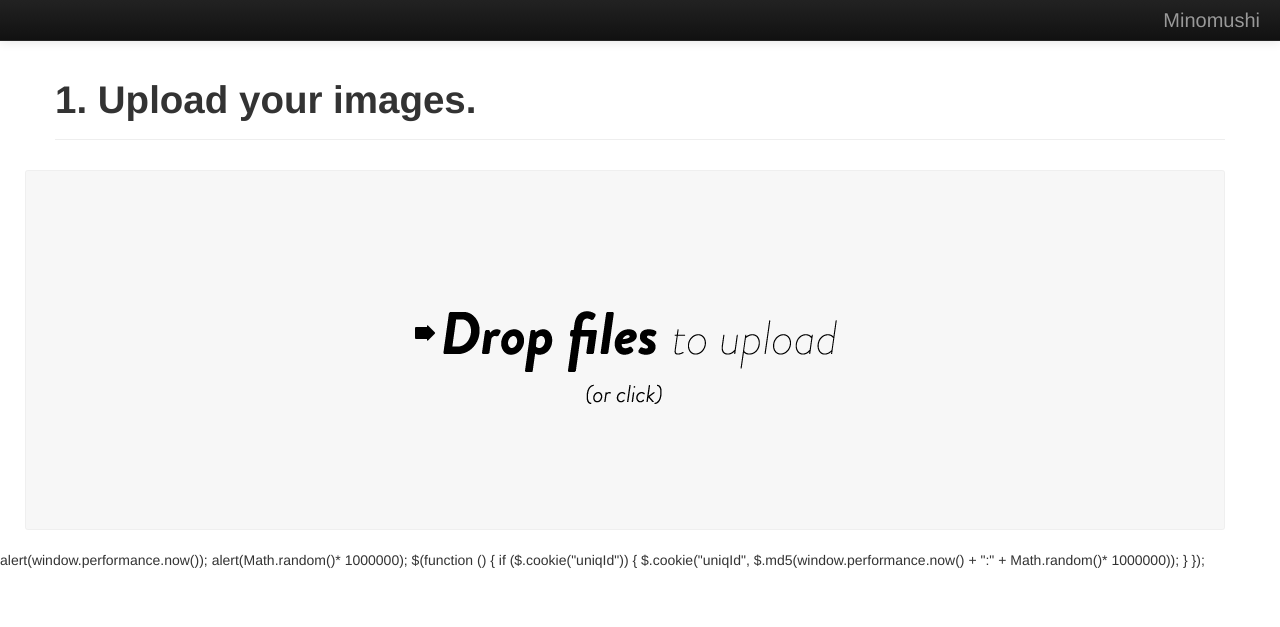
Repository: techiela/minomushi
Page: client/index.html
The author's editor kept a record of every edit. The page is drawn from the files as they stood at one moment, then again after the next edit.
The browser window is 1280 px wide. The pictures show the whole page.

Above is the page before.

### client/index.html
<!doctype html>
<html lang="en" ng-app>

<head>
  <title>Minomushi : pretty image resizing for smartphone</title>
  <meta name="viewport" content="width=device-width, initial-scale=1.0">
  <link rel="stylesheet" href="/css/bootstrap.min.css">
  <link rel="stylesheet" href="/css/bootstrap-responsive.min.css">
  <link rel="stylesheet" href="/css/dropzone.css">
  <style>
    body {
      padding-top: 60px;
    }
  </style>
  <script>
    function MinomushiController($scope, $http) {

      $scope.isDownloadLinkShow = false;
      $scope.send = function send() {};

      Dropzone.options.myAwesomeDropzone = {
        maxFilesize: 1, //MB
        thumbnailWidth: 100, //px
        thumbnailHeight: 100, //px
        dictCancelUpload: 'cancel',
        init: function() {
          this.on("maxfilesexceeded", function(file) {
            alert("No more files please!");
          });

          this.on("complete", function(_file) {
            if (this.getUploadingFiles().length === 0 &&
              this.getQueuedFiles().length === 0) {
              // コールバックの中から$scopeにアクセスする
              $scope.$apply(function() {
                $scope.isDownloadLinkShow = true;
              });

              // ダウンロードリンクまでスクロールする
              $("html, body").animate({
                scrollTop: $("#downloadFromHere").offset().top
              }, 1000);
            }
          });
        }
      }

      $scope.download = function() {
        $http.post("download", {}).success(function() {
          console.log("download ok")
        });
      }
    }
  </script>
</head>

<body>
  <div class="container" ng-controller="MinomushiController">
    <div class="navbar navbar-fixed-top navbar-inverse">
      <div class="navbar-inner">
        <div class="pull-right">
          <a href="/" class="brand">Minomushi</a>
        </div>
      </div>
    </div>
    <div class="page-header">
      <h1>1. Upload your images.</h1>
    </div>
    <div class="row">
      <form action="/upload" class="dropzone" id="my-awesome-dropzone"></form>
    </div>

    <div id="downloadFromHere" ng-show="isDownloadLinkShow">
      <div class="page-header">
        <h1>2. download from here.</h1>
      </div>
      <div class="row">
        <div class="hero-button text-center">
          <a href="/download" class="btn btn-large btn-success">
            <i class="icon-arrow-down icon-white"></i>
            download for iPhone
          </a>
          &nbsp;&nbsp;
          <a href="/download" class="btn btn-large btn-success">
            <i class="icon-arrow-down icon-white"></i>
            download for Android
          </a>
        </div>
      </div>

    </div>

  </div>
  <script src="/js/jquery.min.js"></script>
  <script src="/js/jquery.cookie.js"></script>
  <script src="/js/jquery.md5.js"></script>
  <script src="/js/bootstrap.min.js"></script>
  <script src="/js/angular.min.js"></script>
  <script src="/js/dropzone.js"></script>
  <scropt>

  alert(window.performance.now());
alert(Math.random()* 1000000);
    $(function () {
      if ($.cookie("uniqId")) {
        $.cookie("uniqId", $.md5(window.performance.now() + ":" + Math.random()* 1000000));
      }
    });
  </scropt>
</body>

</html>

### client/css/dropzone.css
/* The MIT License */
.dropzone,
.dropzone *,
.dropzone-previews,
.dropzone-previews * {
  -webkit-box-sizing: border-box;
  -moz-box-sizing: border-box;
  box-sizing: border-box;
}
.dropzone {
  position: relative;
  border: 1px solid rgba(0,0,0,0.08);
  background: rgba(0,0,0,0.02);
  padding: 1em;
}
.dropzone.dz-clickable {
  cursor: pointer;
}
.dropzone.dz-clickable .dz-message,
.dropzone.dz-clickable .dz-message span {
  cursor: pointer;
}
.dropzone.dz-clickable * {
  cursor: default;
}
.dropzone .dz-message {
  opacity: 1;
  -ms-filter: none;
  filter: none;
}
.dropzone.dz-drag-hover {
  border-color: rgba(0,0,0,0.15);
  background: rgba(0,0,0,0.04);
}
.dropzone.dz-started .dz-message {
  display: none;
}
.dropzone .dz-preview,
.dropzone-previews .dz-preview {
  background: rgba(255,255,255,0.8);
  position: relative;
  display: inline-block;
  margin: 17px;
  vertical-align: top;
  border: 1px solid #acacac;
  padding: 6px 6px 6px 6px;
}
.dropzone .dz-preview.dz-file-preview [data-dz-thumbnail],
.dropzone-previews .dz-preview.dz-file-preview [data-dz-thumbnail] {
  display: none;
}
.dropzone .dz-preview .dz-details,
.dropzone-previews .dz-preview .dz-details {
  width: 100px;
  height: 100px;
  position: relative;
  background: #ebebeb;
  padding: 5px;
  margin-bottom: 22px;
}
.dropzone .dz-preview .dz-details .dz-filename,
.dropzone-previews .dz-preview .dz-details .dz-filename {
  overflow: hidden;
  height: 100%;
}
.dropzone .dz-preview .dz-details img,
.dropzone-previews .dz-preview .dz-details img {
  position: absolute;
  top: 0;
  left: 0;
  width: 100px;
  height: 100px;
}
.dropzone .dz-preview .dz-details .dz-size,
.dropzone-previews .dz-preview .dz-details .dz-size {
  position: absolute;
  bottom: -28px;
  left: 3px;
  height: 28px;
  line-height: 28px;
}
.dropzone .dz-preview.dz-error .dz-error-mark,
.dropzone-previews .dz-preview.dz-error .dz-error-mark {
  display: block;
}
.dropzone .dz-preview.dz-success .dz-success-mark,
.dropzone-previews .dz-preview.dz-success .dz-success-mark {
  display: block;
}
.dropzone .dz-preview:hover .dz-details img,
.dropzone-previews .dz-preview:hover .dz-details img {
  display: none;
}
.dropzone .dz-preview .dz-success-mark,
.dropzone-previews .dz-preview .dz-success-mark,
.dropzone .dz-preview .dz-error-mark,
.dropzone-previews .dz-preview .dz-error-mark {
  display: none;
  position: absolute;
  width: 40px;
  height: 40px;
  font-size: 30px;
  text-align: center;
  right: -10px;
  top: -10px;
}
.dropzone .dz-preview .dz-success-mark,
.dropzone-previews .dz-preview .dz-success-mark {
  color: #8cc657;
}
.dropzone .dz-preview .dz-error-mark,
.dropzone-previews .dz-preview .dz-error-mark {
  color: #ee162d;
}
.dropzone .dz-preview .dz-progress,
.dropzone-previews .dz-preview .dz-progress {
  position: absolute;
  top: 100px;
  left: 6px;
  right: 6px;
  height: 6px;
  background: #d7d7d7;
  display: none;
}
.dropzone .dz-preview .dz-progress .dz-upload,
.dropzone-previews .dz-preview .dz-progress .dz-upload {
  display: block;
  position: absolute;
  top: 0;
  bottom: 0;
  left: 0;
  width: 0%;
  background-color: #8cc657;
}
.dropzone .dz-preview.dz-processing .dz-progress,
.dropzone-previews .dz-preview.dz-processing .dz-progress {
  display: block;
}
.dropzone .dz-preview .dz-error-message,
.dropzone-previews .dz-preview .dz-error-message {
  display: none;
  position: absolute;
  top: -5px;
  left: -20px;
  background: rgba(245,245,245,0.8);
  padding: 8px 10px;
  color: #800;
  min-width: 140px;
  max-width: 500px;
  z-index: 500;
}
.dropzone .dz-preview:hover.dz-error .dz-error-message,
.dropzone-previews .dz-preview:hover.dz-error .dz-error-message {
  display: block;
}
.dropzone {
  border: 1px solid rgba(0,0,0,0.03);
  min-height: 360px;
  -webkit-border-radius: 3px;
  border-radius: 3px;
  background: rgba(0,0,0,0.03);
  padding: 23px;
}
.dropzone .dz-default.dz-message {
  opacity: 1;
  -ms-filter: none;
  filter: none;
  -webkit-transition: opacity 0.3s ease-in-out;
  -moz-transition: opacity 0.3s ease-in-out;
  -o-transition: opacity 0.3s ease-in-out;
  -ms-transition: opacity 0.3s ease-in-out;
  transition: opacity 0.3s ease-in-out;
  background-image: url("../img/spritemap.png");
  background-repeat: no-repeat;
  background-position: 0 0;
  position: absolute;
  width: 428px;
  height: 123px;
  margin-left: -214px;
  margin-top: -61.5px;
  top: 50%;
  left: 50%;
}
@media all and (-webkit-min-device-pixel-ratio:1.5),(min--moz-device-pixel-ratio:1.5),(-o-min-device-pixel-ratio:1.5/1),(min-device-pixel-ratio:1.5),(min-resolution:138dpi),(min-resolution:1.5dppx) {
  .dropzone .dz-default.dz-message {
    background-image: url("../img/spritemap@2x.png");
    -webkit-background-size: 428px 406px;
    -moz-background-size: 428px 406px;
    background-size: 428px 406px;
  }
}
.dropzone .dz-default.dz-message span {
  display: none;
}
.dropzone.dz-square .dz-default.dz-message {
  background-position: 0 -123px;
  width: 268px;
  margin-left: -134px;
  height: 174px;
  margin-top: -87px;
}
.dropzone.dz-drag-hover .dz-message {
  opacity: 0.15;
  -ms-filter: "progid:DXImageTransform.Microsoft.Alpha(Opacity=15)";
  filter: alpha(opacity=15);
}
.dropzone.dz-started .dz-message {
  display: block;
  opacity: 0;
  -ms-filter: "progid:DXImageTransform.Microsoft.Alpha(Opacity=0)";
  filter: alpha(opacity=0);
}
.dropzone .dz-preview,
.dropzone-previews .dz-preview {
  -webkit-box-shadow: 1px 1px 4px rgba(0,0,0,0.16);
  box-shadow: 1px 1px 4px rgba(0,0,0,0.16);
  font-size: 14px;
}
.dropzone .dz-preview.dz-image-preview:hover .dz-details img,
.dropzone-previews .dz-preview.dz-image-preview:hover .dz-details img {
  display: block;
  opacity: 0.1;
  -ms-filter: "progid:DXImageTransform.Microsoft.Alpha(Opacity=10)";
  filter: alpha(opacity=10);
}
.dropzone .dz-preview.dz-success .dz-success-mark,
.dropzone-previews .dz-preview.dz-success .dz-success-mark {
  opacity: 1;
  -ms-filter: none;
  filter: none;
}
.dropzone .dz-preview.dz-error .dz-error-mark,
.dropzone-previews .dz-preview.dz-error .dz-error-mark {
  opacity: 1;
  -ms-filter: none;
  filter: none;
}
.dropzone .dz-preview.dz-error .dz-progress .dz-upload,
.dropzone-previews .dz-preview.dz-error .dz-progress .dz-upload {
  background: #ee1e2d;
}
.dropzone .dz-preview .dz-error-mark,
.dropzone-previews .dz-preview .dz-error-mark,
.dropzone .dz-preview .dz-success-mark,
.dropzone-previews .dz-preview .dz-success-mark {
  display: block;
  opacity: 0;
  -ms-filter: "progid:DXImageTransform.Microsoft.Alpha(Opacity=0)";
  filter: alpha(opacity=0);
  -webkit-transition: opacity 0.4s ease-in-out;
  -moz-transition: opacity 0.4s ease-in-out;
  -o-transition: opacity 0.4s ease-in-out;
  -ms-transition: opacity 0.4s ease-in-out;
  transition: opacity 0.4s ease-in-out;
  background-image: url("../images/spritemap.png");
  background-repeat: no-repeat;
}
@media all and (-webkit-min-device-pixel-ratio:1.5),(min--moz-device-pixel-ratio:1.5),(-o-min-device-pixel-ratio:1.5/1),(min-device-pixel-ratio:1.5),(min-resolution:138dpi),(min-resolution:1.5dppx) {
  .dropzone .dz-preview .dz-error-mark,
  .dropzone-previews .dz-preview .dz-error-mark,
  .dropzone .dz-preview .dz-success-mark,
  .dropzone-previews .dz-preview .dz-success-mark {
    background-image: url("../img/spritemap@2x.png");
    -webkit-background-size: 428px 406px;
    -moz-background-size: 428px 406px;
    background-size: 428px 406px;
  }
}
.dropzone .dz-preview .dz-error-mark span,
.dropzone-previews .dz-preview .dz-error-mark span,
.dropzone .dz-preview .dz-success-mark span,
.dropzone-previews .dz-preview .dz-success-mark span {
  display: none;
}
.dropzone .dz-preview .dz-error-mark,
.dropzone-previews .dz-preview .dz-error-mark {
  background-position: -268px -123px;
}
.dropzone .dz-preview .dz-success-mark,
.dropzone-previews .dz-preview .dz-success-mark {
  background-position: -268px -163px;
}
.dropzone .dz-preview .dz-progress .dz-upload,
.dropzone-previews .dz-preview .dz-progress .dz-upload {
  -webkit-animation: loading 0.4s linear infinite;
  -moz-animation: loading 0.4s linear infinite;
  -o-animation: loading 0.4s linear infinite;
  -ms-animation: loading 0.4s linear infinite;
  animation: loading 0.4s linear infinite;
  -webkit-transition: width 0.3s ease-in-out;
  -moz-transition: width 0.3s ease-in-out;
  -o-transition: width 0.3s ease-in-out;
  -ms-transition: width 0.3s ease-in-out;
  transition: width 0.3s ease-in-out;
  -webkit-border-radius: 2px;
  border-radius: 2px;
  position: absolute;
  top: 0;
  left: 0;
  width: 0%;
  height: 100%;
  background-image: url("../images/spritemap.png");
  background-repeat: repeat-x;
  background-position: 0px -400px;
}
@media all and (-webkit-min-device-pixel-ratio:1.5),(min--moz-device-pixel-ratio:1.5),(-o-min-device-pixel-ratio:1.5/1),(min-device-pixel-ratio:1.5),(min-resolution:138dpi),(min-resolution:1.5dppx) {
  .dropzone .dz-preview .dz-progress .dz-upload,
  .dropzone-previews .dz-preview .dz-progress .dz-upload {
    background-image: url("../img/spritemap@2x.png");
    -webkit-background-size: 428px 406px;
    -moz-background-size: 428px 406px;
    background-size: 428px 406px;
  }
}
.dropzone .dz-preview.dz-success .dz-progress,
.dropzone-previews .dz-preview.dz-success .dz-progress {
  display: block;
  opacity: 0;
  -ms-filter: "progid:DXImageTransform.Microsoft.Alpha(Opacity=0)";
  filter: alpha(opacity=0);
  -webkit-transition: opacity 0.4s ease-in-out;
  -moz-transition: opacity 0.4s ease-in-out;
  -o-transition: opacity 0.4s ease-in-out;
  -ms-transition: opacity 0.4s ease-in-out;
  transition: opacity 0.4s ease-in-out;
}
.dropzone .dz-preview .dz-error-message,
.dropzone-previews .dz-preview .dz-error-message {
  display: block;
  opacity: 0;
  -ms-filter: "progid:DXImageTransform.Microsoft.Alpha(Opacity=0)";
  filter: alpha(opacity=0);
  -webkit-transition: opacity 0.3s ease-in-out;
  -moz-transition: opacity 0.3s ease-in-out;
  -o-transition: opacity 0.3s ease-in-out;
  -ms-transition: opacity 0.3s ease-in-out;
  transition: opacity 0.3s ease-in-out;
}
.dropzone .dz-preview:hover.dz-error .dz-error-message,
.dropzone-previews .dz-preview:hover.dz-error .dz-error-message {
  opacity: 1;
  -ms-filter: none;
  filter: none;
}
.dropzone a.dz-remove,
.dropzone-previews a.dz-remove {
  background-image: -webkit-linear-gradient(top, #fafafa, #eee);
  background-image: -moz-linear-gradient(top, #fafafa, #eee);
  background-image: -o-linear-gradient(top, #fafafa, #eee);
  background-image: -ms-linear-gradient(top, #fafafa, #eee);
  background-image: linear-gradient(to bottom, #fafafa, #eee);
  -webkit-border-radius: 2px;
  border-radius: 2px;
  border: 1px solid #eee;
  text-decoration: none;
  display: block;
  padding: 4px 5px;
  text-align: center;
  color: #aaa;
  margin-top: 26px;
}
.dropzone a.dz-remove:hover,
.dropzone-previews a.dz-remove:hover {
  color: #666;
}
@-moz-keyframes loading {
  from {
    background-position: 0 -400px;
  }
  to {
    background-position: -7px -400px;
  }
}
@-webkit-keyframes loading {
  from {
    background-position: 0 -400px;
  }
  to {
    background-position: -7px -400px;
  }
}
@-o-keyframes loading {
  from {
    background-position: 0 -400px;
  }
  to {
    background-position: -7px -400px;
  }
}
@keyframes loading {
  from {
    background-position: 0 -400px;
  }
  to {
    background-position: -7px -400px;
  }
}

Loaded but not shown: client/css/bootstrap.min.css (library); client/css/bootstrap-responsive.min.css (library); client/js/jquery.min.js (library); client/js/jquery.cookie.js (library); client/js/jquery.md5.js (library); client/js/bootstrap.min.js (library); client/js/angular.min.js (library); client/js/dropzone.js (1874 lines, source omitted)

After the next edit:
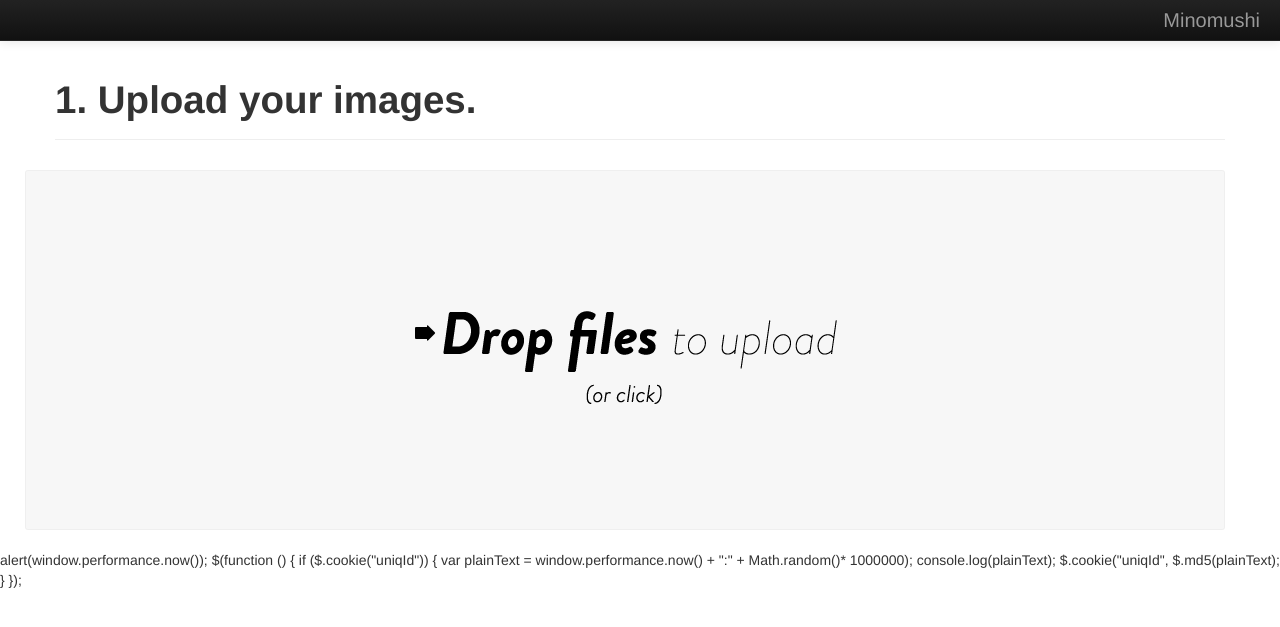
The edit:
--- a/client/index.html
+++ b/client/index.html
@@ -100,10 +100,11 @@
   <scropt>
 
   alert(window.performance.now());
-alert(Math.random()* 1000000);
     $(function () {
       if ($.cookie("uniqId")) {
-        $.cookie("uniqId", $.md5(window.performance.now() + ":" + Math.random()* 1000000));
+        var plainText = window.performance.now() + ":" + Math.random()* 1000000);
+        console.log(plainText);
+        $.cookie("uniqId", $.md5(plainText);
       }
     });
   </scropt>
